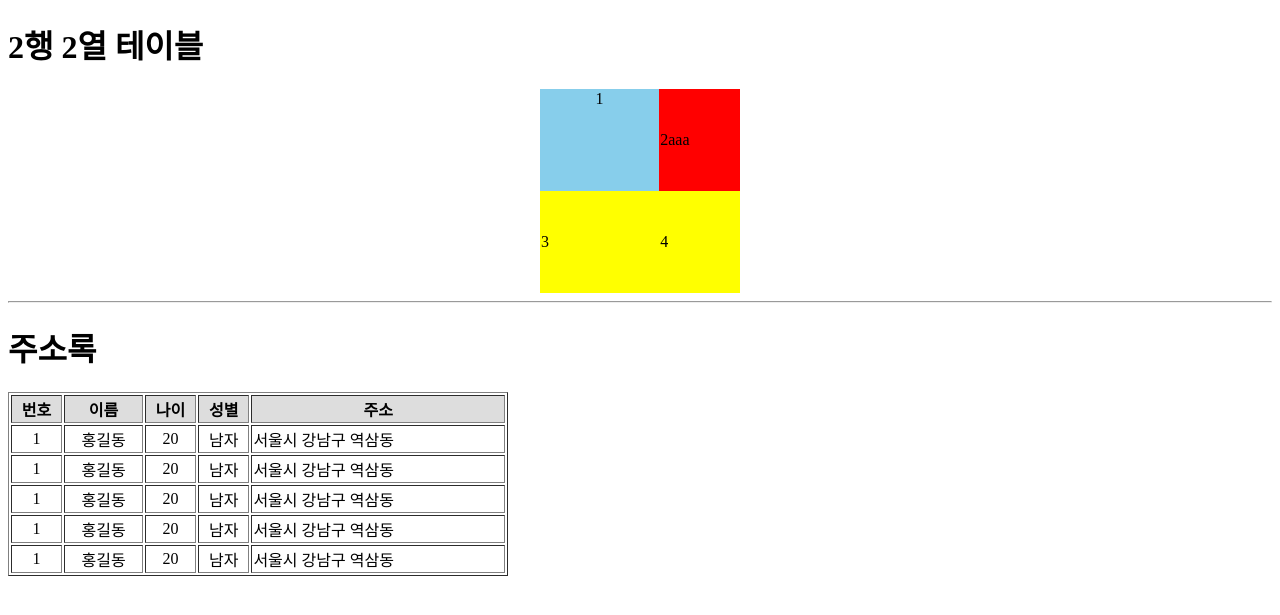
Repository: ssj5037/Class-Study
Page: [5] HTML, CSS, JavaScript/ClientTest/WebContent/Ex14_table.html
The author's editor kept a copy of each file at every save. The page is drawn from the files as they stood at one save, then again after the next save.
The browser window is 1280 px wide. The pictures show the whole page.

Above is the page before, as saved 2020-06-19 07:40:24.

After the next save:
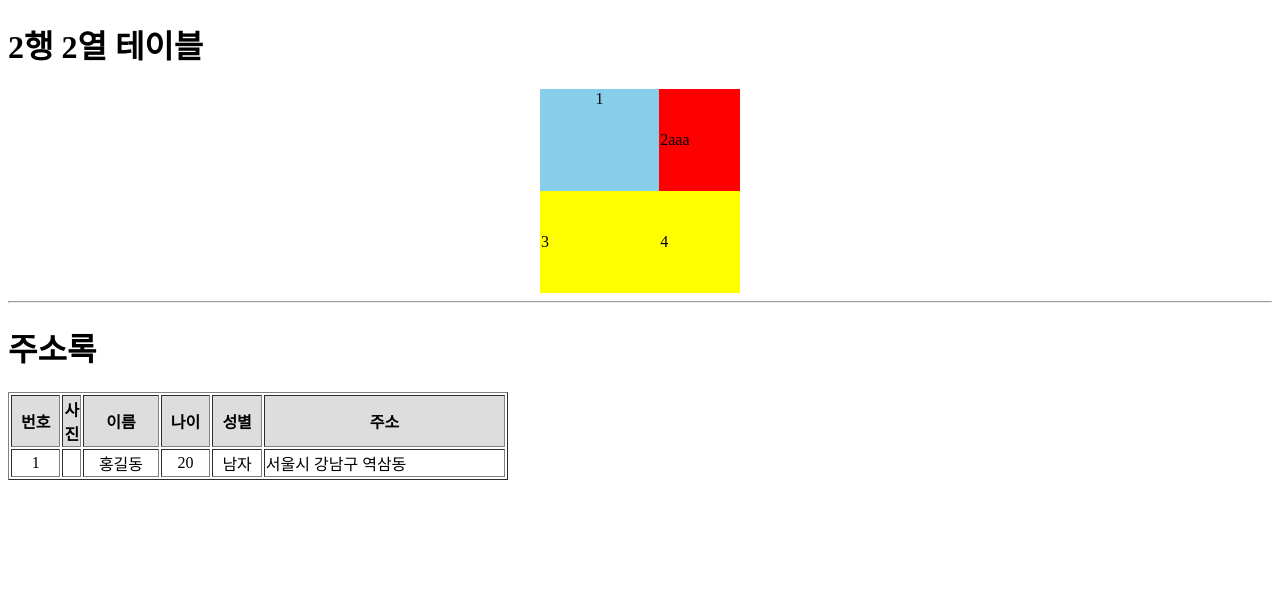
Saved 110 s later.
--- a/[5] HTML, CSS, JavaScript/ClientTest/WebContent/Ex14_table.html
+++ b/[5] HTML, CSS, JavaScript/ClientTest/WebContent/Ex14_table.html
@@ -51,6 +51,7 @@
 	 	<!-- 테이블 헤더 -->
 	 	<tr bgcolor="#dddddd">
 	 		<th width="50">번호</th>
+	 		<th>사진</th>
 	 		<th width="80">이름</th>
 	 		<th width="50">나이</th>
 	 		<th width="50">성별</th>
@@ -58,40 +59,12 @@
 	 	</tr>
 	 	<tr>
 	 		<td align="center">1</td>
+	 		<td></td>
 	 		<td align="center">홍길동</td>
 	 		<td align="center">20</td>
 	 		<td align="center">남자</td>
 	 		<td>서울시 강남구 역삼동</td>
 	 	</tr>
-	 	<tr>
-	 		<td align="center">1</td>
-	 		<td align="center">홍길동</td>
-	 		<td align="center">20</td>
-	 		<td align="center">남자</td>
-	 		<td>서울시 강남구 역삼동</td>
-	 	</tr>
-	 	<tr>
-	 		<td align="center">1</td>
-	 		<td align="center">홍길동</td>
-	 		<td align="center">20</td>
-	 		<td align="center">남자</td>
-	 		<td>서울시 강남구 역삼동</td>
-	 	</tr>
-	 	<tr>
-	 		<td align="center">1</td>
-	 		<td align="center">홍길동</td>
-	 		<td align="center">20</td>
-	 		<td align="center">남자</td>
-	 		<td>서울시 강남구 역삼동</td>
-	 	</tr>
-	 	<tr>
-	 		<td align="center">1</td>
-	 		<td align="center">홍길동</td>
-	 		<td align="center">20</td>
-	 		<td align="center">남자</td>
-	 		<td>서울시 강남구 역삼동</td>
-	 	</tr>
-
 	 </table>
 
 
